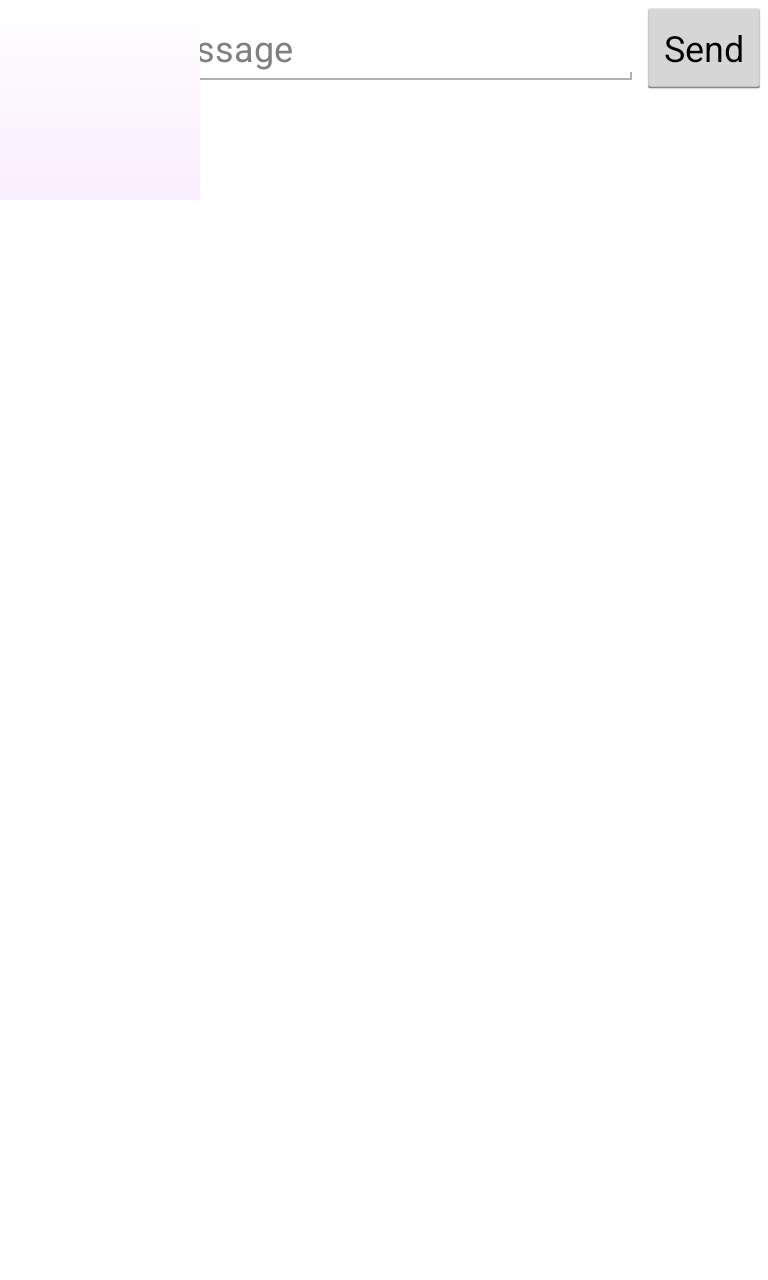
Repository: Jwonsever/AndroidPiano
Layout: HelloWorld/res/layout/activity_main.xml
The author's editor kept a copy of each file at every save. The layout is drawn from the files as they stood at one save, then again after the next save.
It is drawn on a 768 x 1280 px phone screen (xhdpi) without system bars, with theme AppTheme; the app's code is not run.

Above is the layout before, as saved 2013-11-08 02:35:25.

### HelloWorld/res/layout/activity_main.xml
<?xml version="1.0" encoding="utf-8"?>
<RelativeLayout xmlns:android="http://schemas.android.com/apk/res/android"
    xmlns:tools="http://schemas.android.com/tools"
    android:layout_width="match_parent"
    android:layout_height="match_parent"
    android:orientation="horizontal" >

    <Button
        android:id="@+id/button1"
        android:layout_width="wrap_content"
        android:layout_height="wrap_content"
        android:layout_alignParentRight="true"
        android:layout_alignParentTop="true"
        android:onClick="sendMessage"
        android:text="@string/button_send" />

    <EditText
        android:id="@+id/edit_message"
        android:layout_width="wrap_content"
        android:layout_height="wrap_content"
        android:layout_alignBaseline="@+id/button1"
        android:layout_alignBottom="@+id/button1"
        android:layout_alignParentLeft="true"
        android:layout_toLeftOf="@+id/button1"
        android:ems="10"
        android:hint="@string/edit_message" />

    <Button
        android:id="@+id/a_note"
        android:onClick="playAnote"
        android:layout_width="wrap_content"
        android:layout_height="wrap_content"
        android:layout_alignParentLeft="true"
        android:layout_below="@+id/button1"
        android:text="@string/a_note" />

    <LinearLayout
        	android:orientation="horizontal"
            android:id="@+id/piano_key"
            android:layout_width="100dp"
            android:layout_height="100dp"
            android:background="@drawable/piano_key" >
            <!-- Beer icon and all other stuff -->

     </LinearLayout>

</RelativeLayout>

### HelloWorld/res/values/strings.xml
<?xml version="1.0" encoding="utf-8"?>
<resources>

    <string name="app_name">Hello World</string>
    <string name="action_settings">Settings</string>
    <string name="hello_world">Hello world!</string>
    <string name="edit_message">Enter a message</string>
    <string name="title_activity_main">MainActivity</string>
    <string name="button_send">Send</string>
    <string name="a_note">A</string>
    <string name="title_activity_display_message">My Message</string>

</resources>

### HelloWorld/res/drawable/piano_key.xml
<?xml version="1.0" encoding="utf-8"?>
<shape xmlns:android="http://schemas.android.com/apk/res/android" >

    <gradient
        android:angle="90"
        android:endColor="#FFFFFF"
        android:startColor="#F9EEFD" />

    <corners
        android:bottomLeftRadius="1dp"
        android:bottomRightRadius="1dp"
        android:topLeftRadius="1dp"
        android:topRightRadius="1dp" >
    </corners>

</shape>

Loaded but not shown: HelloWorld/res/values/styles.xml (common file); HelloWorld/res/values-v11/styles.xml (common file); HelloWorld/res/values-v14/styles.xml (common file)

After the next save:
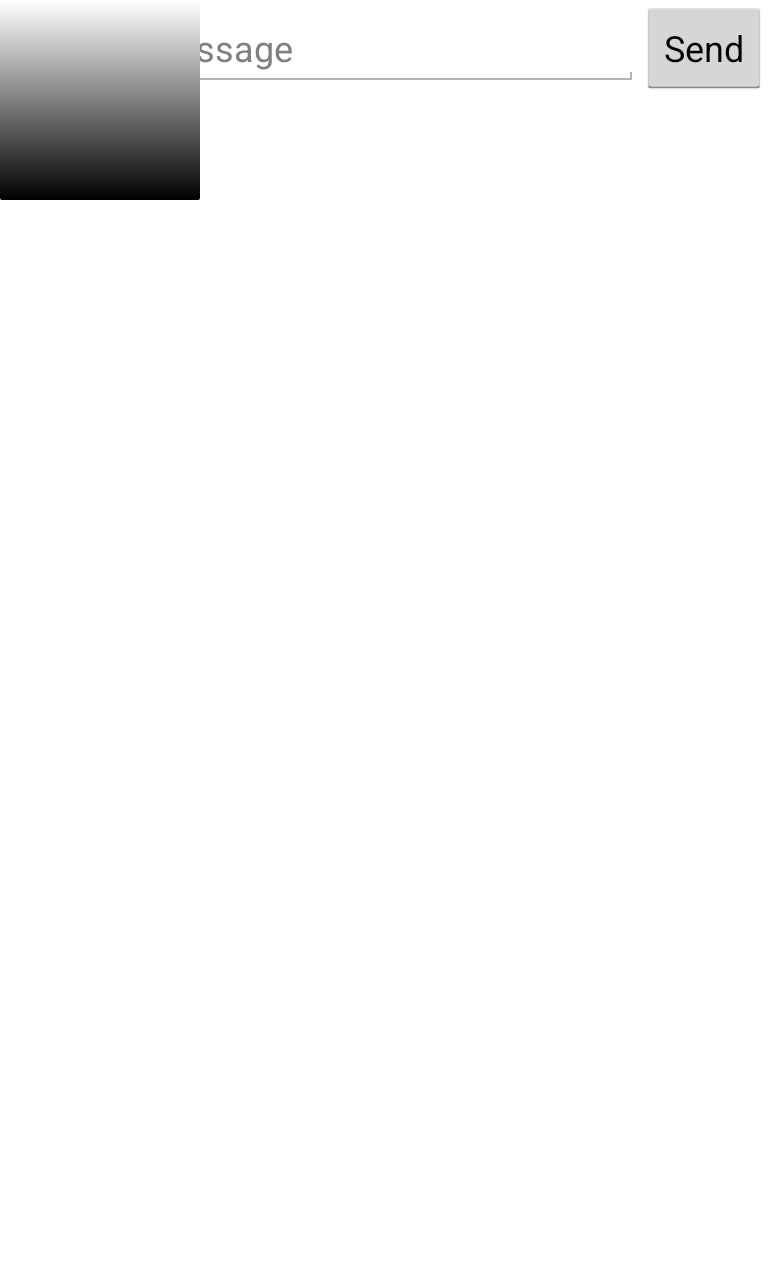
Saved 51 s later.
--- a/HelloWorld/res/drawable/piano_key.xml
+++ b/HelloWorld/res/drawable/piano_key.xml
@@ -4,7 +4,7 @@
     <gradient
         android:angle="90"
         android:endColor="#FFFFFF"
-        android:startColor="#F9EEFD" />
+        android:startColor="#000000" />
 
     <corners
         android:bottomLeftRadius="1dp"
